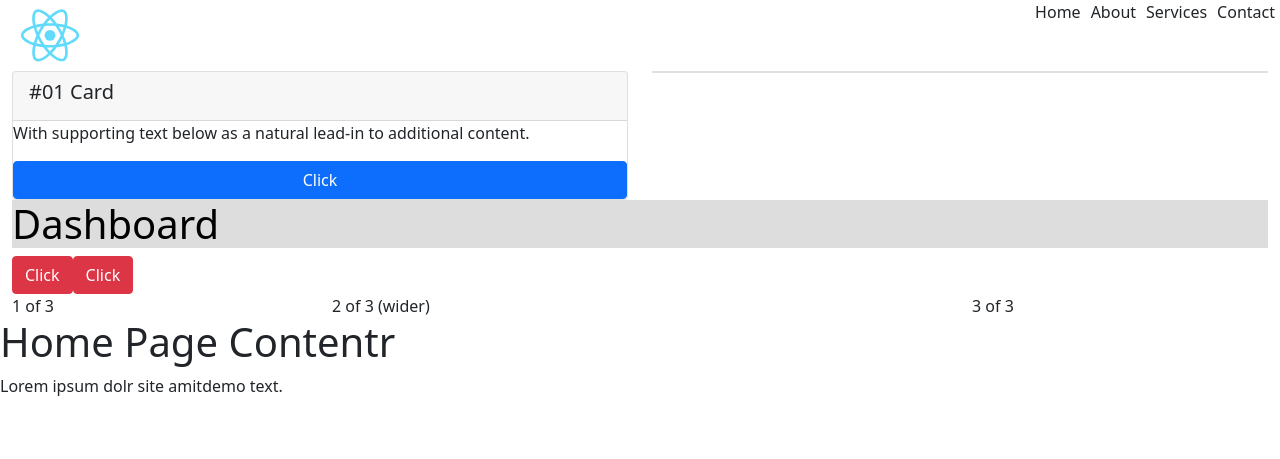
Repository: rudra319/react
Page: /
These files come from the project's save history. The page is drawn as it stood at one moment and after the next save; the edit follows.
The browser window is 1280 px wide. The pictures show the whole page.
The project was rebuilt for these pictures with package versions that can differ from the ones it lists, and the page was loaded fresh each time. Also part of the build but not shown: src/App.css.

Above is the page before, as saved 2022-05-17 17:13:51.

After the next save:
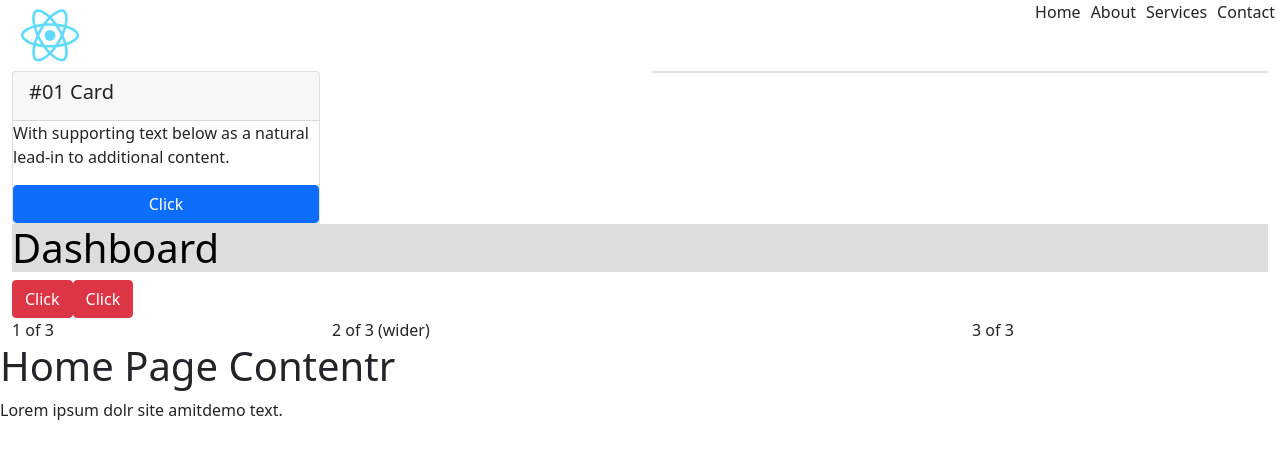
Saved 109 s later.
--- a/src/pages/dashboard/Chinmayee.jsx
+++ b/src/pages/dashboard/Chinmayee.jsx
@@ -15,7 +15,7 @@
      */}
             <Row>
                 <Col>
-                    <Card>
+                    <Card className='w-50'>
                         <CardHeader>
                         <h5 class="card-title">#01 Card</h5>
                         </CardHeader>

After the save that followed:
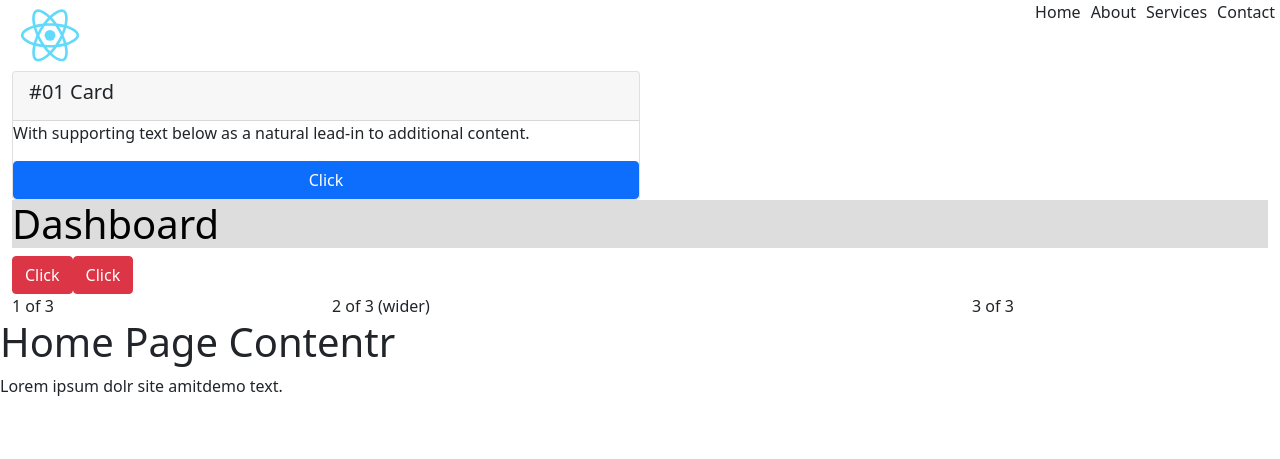
Saved 46 s later.
--- a/src/pages/dashboard/Chinmayee.jsx
+++ b/src/pages/dashboard/Chinmayee.jsx
@@ -24,7 +24,7 @@
                     </Card>
                 </Col>
 
-                <Col><Card></Card></Col>
+
             </Row>
 </Container>
     )
